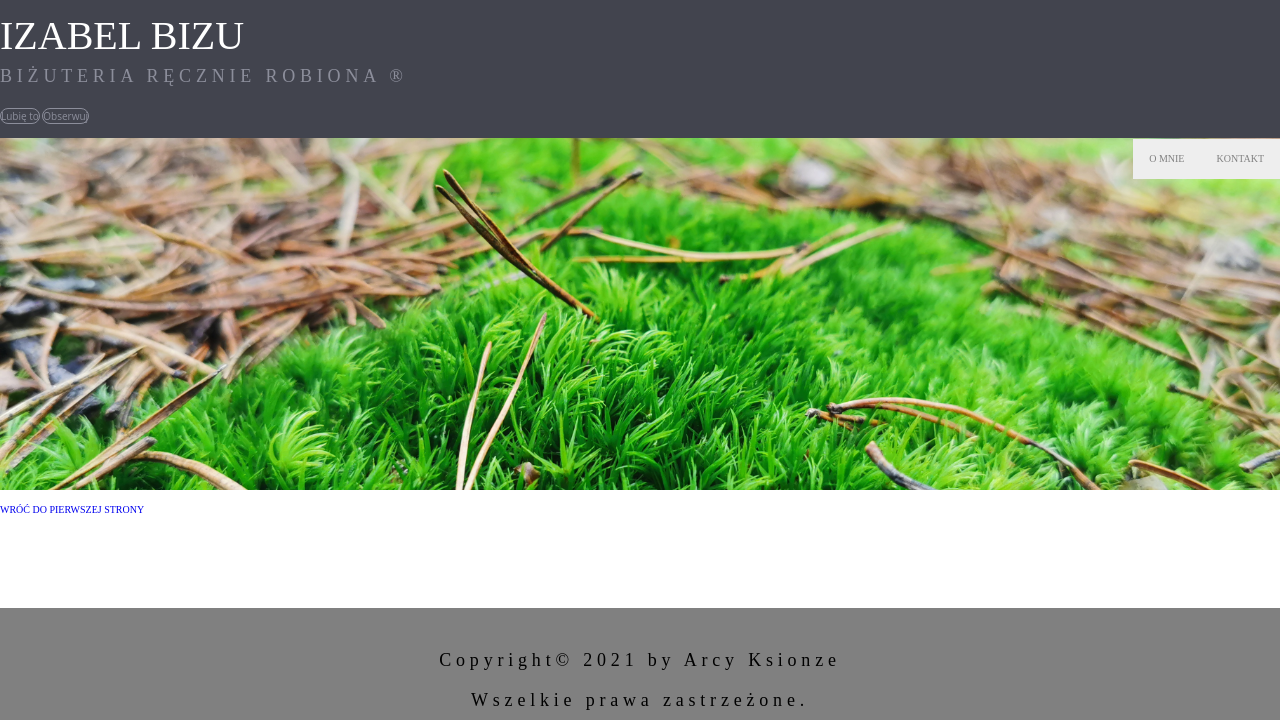
Repository: arcyksionze/strona_izy
Page: index2.html
These files come from the project's save history. The page is drawn as it stood at one moment and after a run of saves; the edit follows.
The browser window is 1280 px wide. The pictures show the whole page.
Some web fonts or font styles are not loaded; a fallback is used.

Above is the page before, as saved 2021-04-11 23:07:50.

### index2.html
<!DOCTYPE html>
<html lang="pl">

<head>
    <link rel="stylesheet" type="text/css" href="main2.css">
    <meta charset="UTF-8">
    <meta http-equiv="X-UA-Compatible" content="IE=edge">
    <meta name="viewport" content="width=device-width, initial-scale=1"> <!-- pozwala średzić w przeglądarce wygląd -->
    <meta name="arcy" content="arcy ksionze">
    <meta name="description" content="Biżuteria ręcznie robiona. ">
    <!-- bardzo ważny parametr w content opisuemy krótko to co wyświetlane jes póżniej pod tytułem strony w wyszukiwarce -->
    <title>Izabel-BIZU: Biżuteria ręcznie robiona</title>
    <link rel="preconnect" href="https://fonts.gstatic.com">
    <link href="https://fonts.googleapis.com/css2?family=Merienda&display=swap" rel="stylesheet">
    <!-- ważne aby wybrać czcionkę oznaczoną jako Latin Extended wtedy mamy pewność, że polskie znaki będą obsługiwane -->
</head>

<body>
    <header class="sek1">
        <div>
            <h1>IZABEL BIZU</h1>
        </div>

        <div>
            <p>BIŻUTERIA RĘCZNIE ROBIONA &reg; </p>
        </div>

        <div>
            <a class="przycisk" href="#">Lubię to</a>
            <a class="przycisk" href="#">Obserwuj</a>
        </div>
    </header>

    <nav class="sek2">
        <ul>
            <li><a href="#" class="kontakt">KONTAKT</a></li>
            <li><a href="#" class="omnie">O MNIE</a></li>
        </ul>
    </nav>

    <div class="sek3">
        <h2></h2>
        <!-- target blank powoduje otwarcie nowej zakładki po kliknięciu. target stosujemy tylko wtedy kiedy chcemy aby link przekierował kogoś na zewnętrzną lokalizację, w ramach naszej strony nie stosujemy tego typu rozwiązania. Jeśli chcemy aby po kliknięciu nastąpiło przeniesienie na jakąć część/sekcję na danej stronie stosujemy identyfikatory id i dodajemy w href="#nazwasekcji"-->
    </div>
    <!--
    <div class="sek6">
      <a href="http://www.eduweb.pl" target="blank"> eduweb.pl</a>
      <a href="https://www.google.com" target="blank">Google</a>
      <a href="https://twitter.com" target="blank">Twitter</a>
			<a href="https://www.facebook.com" target="blank">Facebook</a>
    </div>
-->
    <div class="sek4">
        <a href="index.html" title="Powrót do strony 1">WRÓĆ DO PIERWSZEJ STRONY </a>
        <!-- <a href="index3.html" title="Powrót do strony 1">Do przodu</a> -->
    </div>
    <footer class="sek5">
        <p>Copyright&copy; 2021 by Arcy Ksionze</p>
        <p>Wszelkie prawa zastrzeżone.</p>
    </footer>

</body>

</html>

### main2.css
/* reset meyere */
@import url("reset-css.css");

@font-face {
	font-family: "alex";
	src: url("alex.ttf");
	src: url(KaushanScript-Regular.otf);
}

@font-face {
	font-family: "kau";
	src: url(KaushanScript-Regular.otf);
}

body {
	/* WSZYSTKO */
	font-family: Merriweather, 'Times New Roman', serif;
	font-size: 10px;
	line-height: 2.5rem;
	/* odstęp pomiędzy wierszami */
}

/*
1) font-weight: pogrubienie tekstu
2) line-height: odstępy pomiędzy wierszami tekstu
3) font-style: tekst pochylony
4) text-indent: wcięcie w tekście w rem
5) text-transform: uppercase - zmienia trzcionkę na WIELKIE LITERY
6) text-decoration: np możemy ustawiś podkreślanie textu
*/

h1 {
	/* IZABEL BIZU */
	font-size: 2.5rem;
}

h2 {
	/* to jest pierwsza podstrona */
	font-family: 'Open Sans'Arial, sans-serif;
	font-size: 1.6rem;
	color: #e5127d;
}

p {
	/*Biżuteria ręcznie robiona i ...:)  */
	font-size: 1.125rem;
	/* wielkość czcionki */
	letter-spacing: 0.3rem;
	/* odległość pomiędzy literami */
	color: #8c8e9b;
}

a {
	/* wszystkie a: lubię to, Obserwuj, pokaż więcej i pokaż więcej postów */
	text-decoration: none;
	/* brak podkreślenia w "a" lubię to i Obserwuj */
}

.sek1 {
	/* to jest nagłówek z IZABEL BIZU, BIŻUTERIA RĘCZNIE ROBIONA ORAZ LUBIĘ TO I OBSERWUJ */
	display: flex;
	flex-direction: column;
	justify-content: right;
	background-color: #42444e;
	color: white;
	width: 100vw;
	padding-top: 1rem;
	padding-bottom: 0.14rem;
}

.przycisk {
	font-family: "Open Sans", sans-serif;
	border: 1px solid #8c8e9b;
	/* obwódka, krawędź */
	color: #8c8e9b;
	border-radius: 10px;
	/* zaokrąglone krawędzie obwódki */
	width: 6.5rem;
	;
}

.przycisk:hover {
	border: 1px solid gray;
	background-color: aqua;
}

.sek2 {
	text-align: center;
	width: 100%;
	height: 2.5rem;
}

.kontakt,
.omnie {
	display: inline-block;
	float: right;
	background-color: #eee;
	color: gray;
	padding-left: 1rem;
	padding-right: 1rem;
}

.omnie:hover {
	background-color: aqua;
}

.kontakt:hover {
	background-color: aqua;
}

.sek3 {
	background-image: url(obrazy/IMG_20210106_140751.jpg);
	background-size: cover;
	background-repeat: no-repeat;
	background-position: center center;
	margin-top: -2.6rem;
	font-family: 'Merienda';
	height: 6rem;
	text-align: center;
	padding: 10%;
}

.sek4 {
	position: fixed;
	color: purple;
	text-align: right;
}

.sek5 {
	position: absolute;
	width: 100%;
	height: 5rem;
	bottom: 0;
	background-color: grey;
	text-align: center;
	padding-top: 2rem;
}

.sek5 p {
	color: black;
}

.sek6 {
	width: 100%;
	height: 5rem;
	text-align: center;
}

.sek6 a:link {
	/* nieodwiedzony link */
	/* kolejność tych pozycji jest istotna */
	color: #FF0000;
}

/* odwiedzony link */
.sek6 a:visited {
	color: #00FF00;
}

/* po najechaniu */
.sek6 a:hover {
	color: #FF00FF;
	padding: 20px;
	background-color: cornflowerblue;
	font-size: 40px;
}

/* aktywny */
.sek6 a:active {
	color: #0000FF;
}


/* margin: 1 2 3 4 tzn. 1 górny margines, 2 prawy, 3 dolny, 4 lewy; jeśli wpiszemy tylko dwie wartości będą oznaczały: 1-góra i dół 2- prawo i lewo; wielkość np 20px auto oznacza że 20px to margines górny i dolny natomiast lewy iprawy będzie ustawiony automatycznie */

/* 1em i 1rem=100% */

/* POZYCJONOWANIE */
/*
1) position: relative - pozwala nam dodawanie marginesów z ręki. np. margin-top itp. kontenery mogą się na siebie nachodzić
2) position: absolute: odnosi się do rodzica
3) position: fixed - ustawia kontemer zawsze w tym samym miejscu przeglądarki podczas przeciągania
4) float left lub right jest to opcja powodująca opływanie tekstu. clear: both skreśla wcześniejsze float left lub right

*/

Loaded but not shown: reset-css.css (common file)

After the next 2 saves:
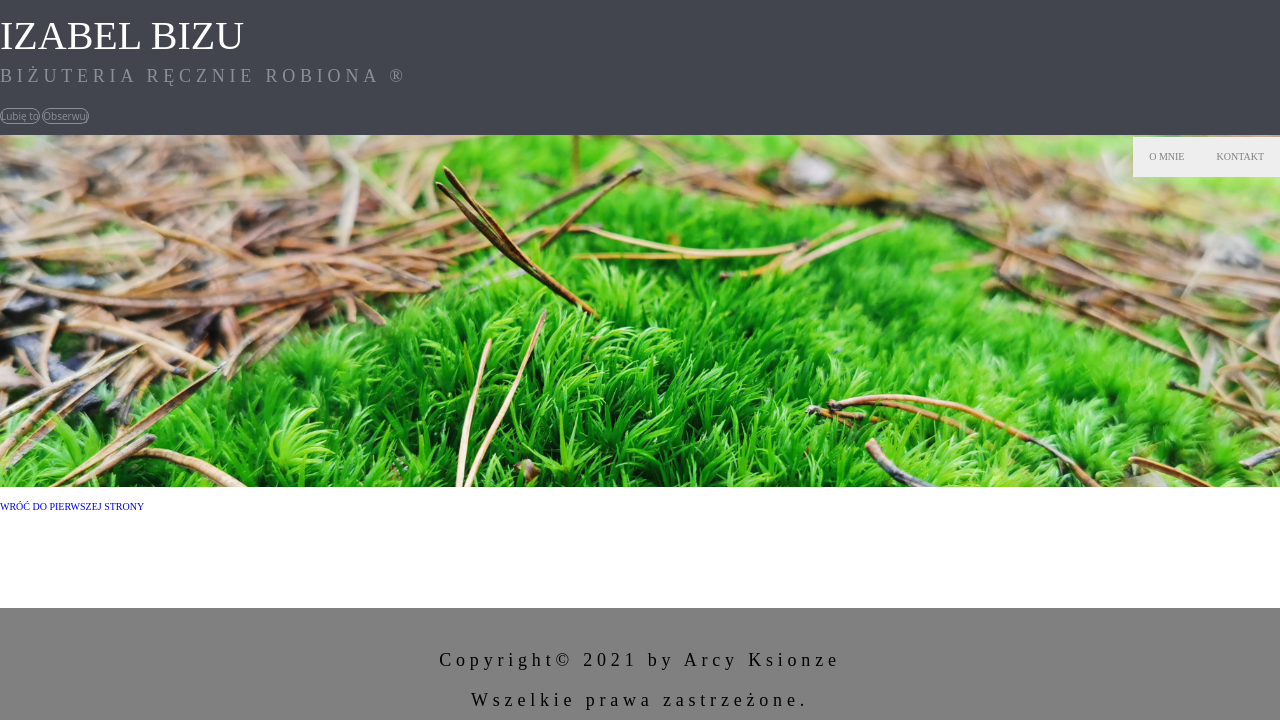
The 2 saves are shown as one change because they came seconds apart.
The last was saved 45 s later.
--- a/main2.css
+++ b/main2.css
@@ -65,7 +65,6 @@
 	color: white;
 	width: 100vw;
 	padding-top: 1rem;
-	padding-bottom: 0.14rem;
 }
 
 .przycisk {
